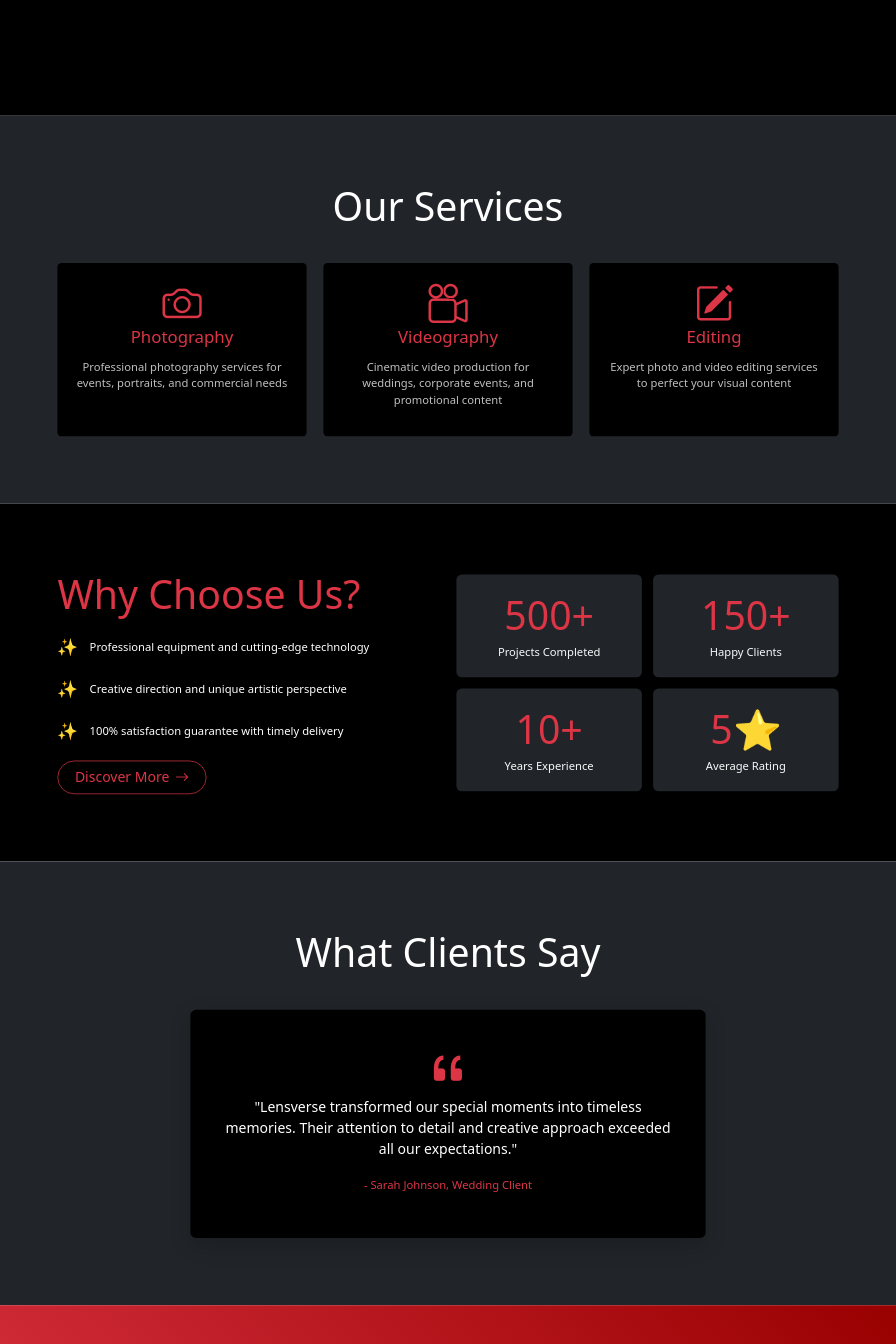
Repository: adithyakiran47/lensverseproject
Page: / (app in lensverse-client/)
An editor plug-in stored every save of this project. The page is shown before and after the next save, followed by the edit.
The browser window is 1280 px wide. The pictures show the part of the page from y = 611 to 2531 px (the page is 2902 px tall), at 70% of full size.
The project was rebuilt for these pictures with package versions that can differ from the ones it lists, and the page was loaded fresh each time. Also part of the build but not shown: lensverse-client/src/pages/Portfolio.js, lensverse-client/src/pages/Booking.js, lensverse-client/src/pages/About.js, lensverse-client/src/pages/AdminLogin.js, lensverse-client/src/pages/AdminDashboard.js. Imported but missing from the stored project, and not drawn on this page: lensverse-client/src/reportWebVitals.

Above is the page before, as saved 2025-11-04 09:26:41.

After the next save:
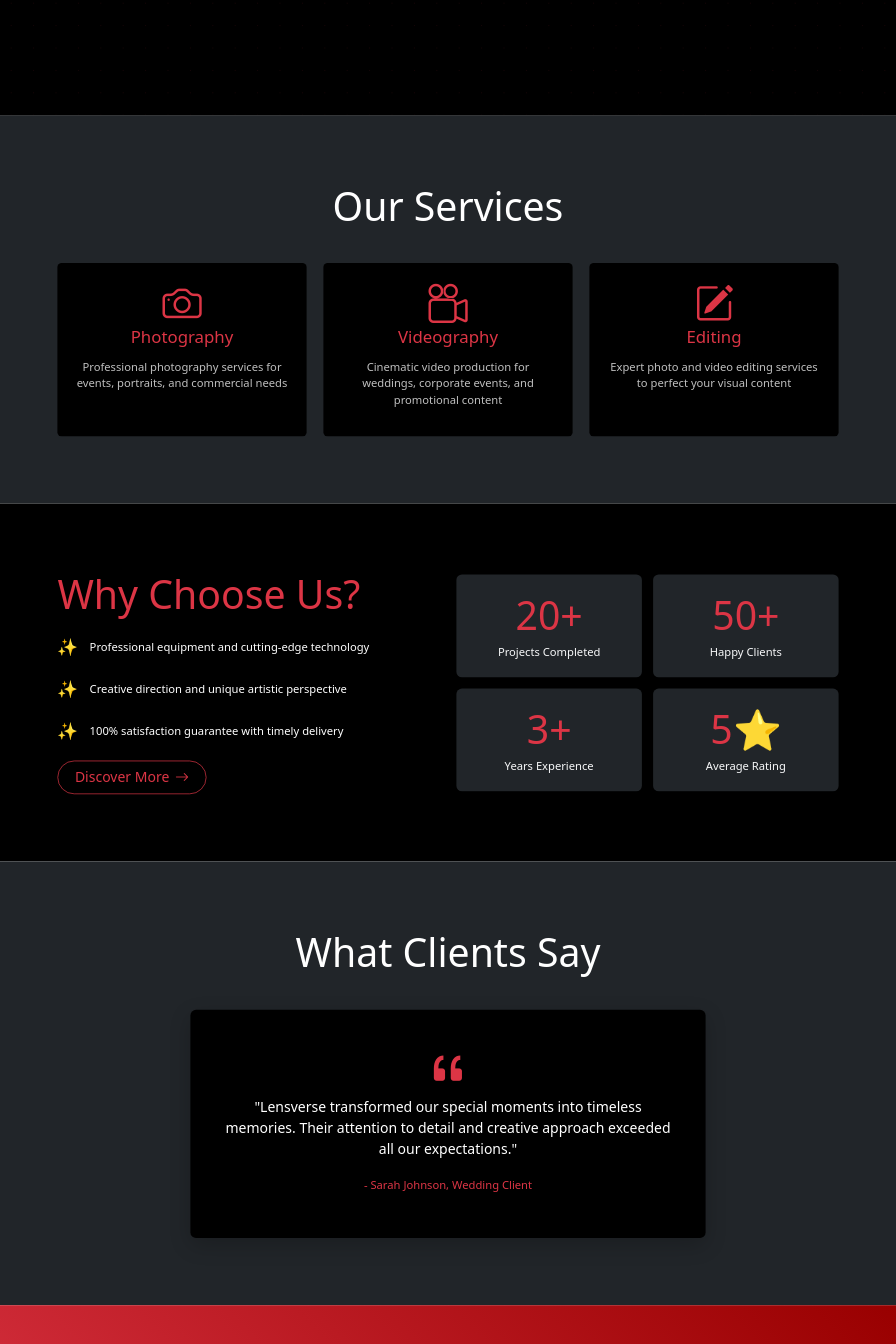
Saved 108 s later.
--- a/lensverse-client/src/pages/Home.js
+++ b/lensverse-client/src/pages/Home.js
@@ -98,9 +98,9 @@ const Home = () => {
             <div className="col-md-6" data-aos="fade-left">
               <div className="row g-3">
                 {[
-                  { number: '500+', label: 'Projects Completed' },
-                  { number: '150+', label: 'Happy Clients' },
-                  { number: '10+', label: 'Years Experience' },
+                  { number: '20+', label: 'Projects Completed' },
+                  { number: '50+', label: 'Happy Clients' },
+                  { number: '3+', label: 'Years Experience' },
                   { number: '5⭐', label: 'Average Rating' }
                 ].map((stat, index) => (
                   <div className="col-6" key={index}>
